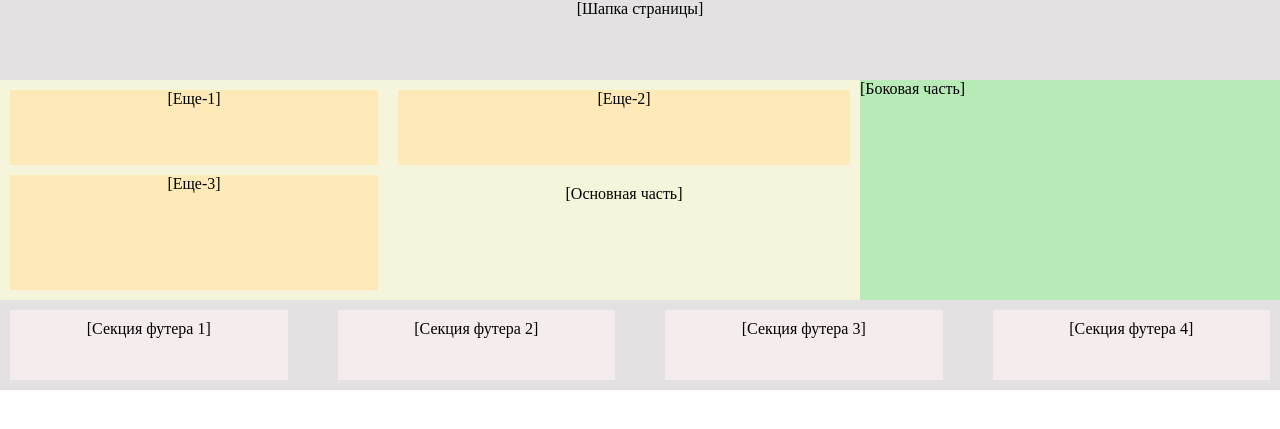
Repository: IrinaGetmanenko/week6
Page: grid.html
An editor plug-in stored every save of this project. The page is shown before and after the next save, followed by the edit.
The browser window is 1280 px wide. The pictures show the whole page.

Above is the page before, as saved 2022-10-24 20:25:21.

After the next save:
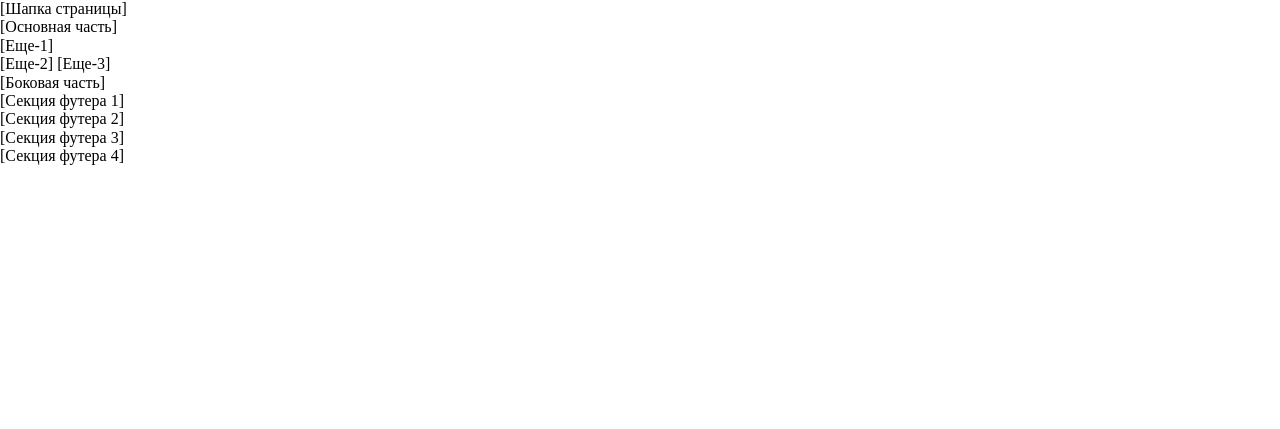
Saved 59 s later.
--- a/grid.html
+++ b/grid.html
@@ -10,106 +10,7 @@
 
 <style>
 
-.site{
-  display: grid;
-  grid-template-areas:"header header header "
-                       "inner inner  aside"
-                       "inner inner aside"
-                       "inner inner aside"
-                       "footer footer footer"
 
-}
-
-.header {
-  background-color: rgb(227, 225, 225);
-  grid-area: header;
-  text-align: center;
-  height: 80px;
-}
-
-.inner{
-  display: grid;
-  grid-area: inner;
-
-
-  background-color: beige;
-  gap: 10px 20px;
-  text-align: center;
-  padding: 10px;
-  height: 200px;
-
-}
-
-.main{
-  grid-area: main;
-padding: 10px 10px 30px;
-
- }
-
-.block{
-  background-color: rgb(254, 234,185);
-  text-align: inherit;
-}
-
-
-.block left
-{
-  grid-area: left;
-
-}
-
-.block right
-{
-  grid-area:right;
-
-}
-.block bottom
-{
-  grid-area:bottom;
-
-}
-
-
-.aside {
-  grid-area: aside;
-  background-color: rgb(185, 235, 185);
-
-}
-
-.footer {
-grid-area: footer;
-display: grid;
-background-color: rgb(227, 225, 225);
-grid-template-columns: 1fr 1fr 1fr 1fr;
-height: 70px;
-padding: 10px;
-gap: 50px;
-}
-
-.section-1  {
-
-background-color: hwb(0 93% 4%);
-padding: 10px;
-text-align: center;
-}
-
-.section-2  {
-  background-color: hwb(0 93% 4%);
-  padding: 10px;
-  text-align: center;
-}
-
-.section-3  {
-  background-color: hwb(0 93% 4%);
-  padding: 10px;
-  text-align: center;
-}
-
-.section-4  {
-  background-color: hwb(0 93% 4%);
-  padding: 10px;
-  text-align: center;
-}
 
 </style>
 <body>

After the 4 saves that followed:
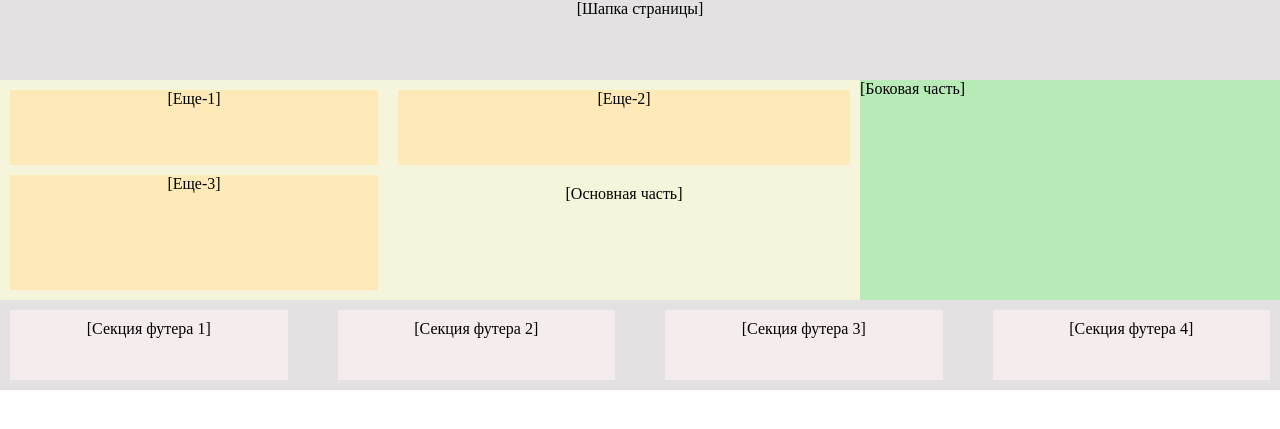
The 4 saves are shown as one change because 3 left the picture as it was.
The last was saved 64 s later.
--- a/grid.html
+++ b/grid.html
@@ -6,13 +6,9 @@
     <meta name="viewport" content="width=device-width, initial-scale=1.0">
     <title>Document</title>
     <link rel="stylesheet" href="assets\normalize.css">
+    <link rel="stylesheet" href="assets\styles.css">
 </head>
 
-<style>
-
-
-
-</style>
 <body>
 
   <site class=" site">
